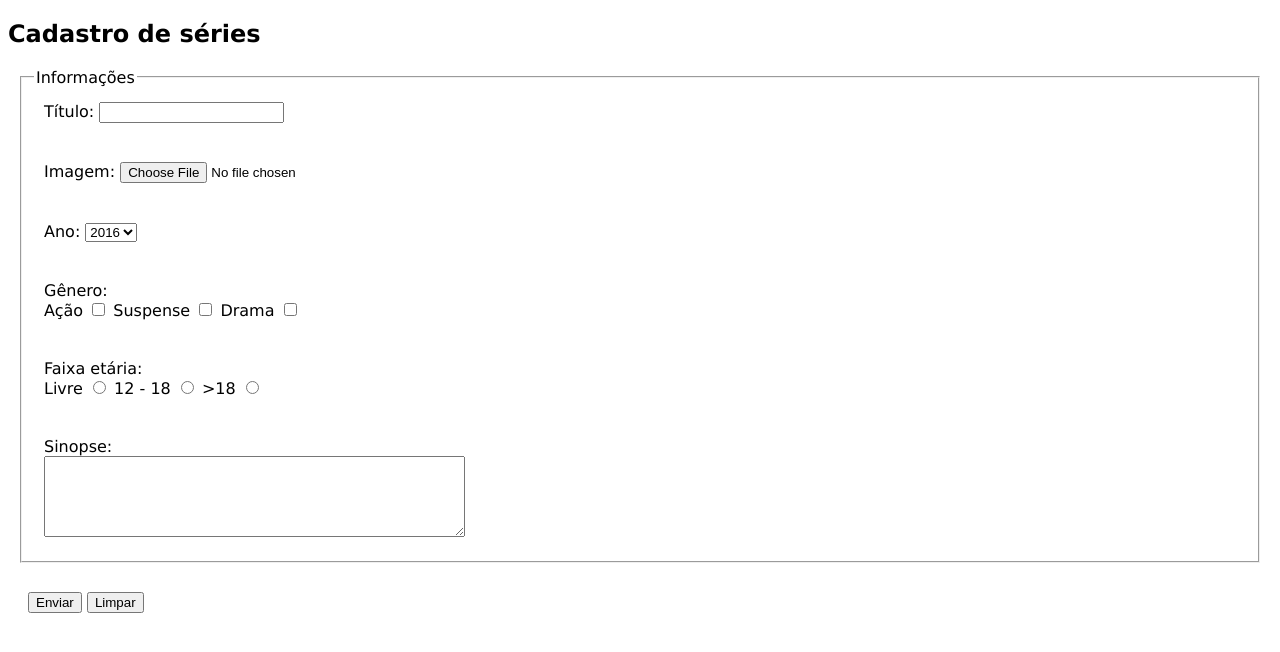
Repository: shamanickCoder/FIAP
Page: Desenvolvimentos de Sistemas Web/1 semestre/Javascript/CSS-AULAS/09-CSS/WebContent/cadastro.html
These files come from the project's save history. The page is drawn as it stood at one moment and after the next save; the edit follows.
The browser window is 1280 px wide. The pictures show the whole page.

Above is the page before, as saved 2016-03-30 11:45:44.

### Desenvolvimentos de Sistemas Web/1 semestre/Javascript/CSS-AULAS/09-CSS/WebContent/cadastro.html
<!DOCTYPE html>
<html>
<head>
<meta charset="UTF-8">
<link href = "estilo.css" type = "text/css" rel = "stylesheet">
<title>Cadastro de séries</title>
</head>
<body>
<h2>Cadastro de séries</h2>
<div class = "campo">
<form action = "cadastro" method = "post">
 <fieldset>
  <legend>Informações</legend>
  <div class = "campo">
   <label for = "titulo">Título:</label>
   <input type = "text" name = "titulo" id = "titulo">
  </div>
  <br>
  <div class = "campo">
   <label for = "imagem">Imagem:</label>
   <input type = "file" value = "Procurar" name = "imagem" id = "imagem">
  </div>
  <br>
  <div class = "campo">
   <label for = "ano">Ano:</label>
   <select name = "ano" id = "ano">
    <option>2016</option>
    <option>2015</option>
    <option>2014</option>
    <option>2013</option>
    <option>2012</option>
   </select>
  </div>
  <br>
  <div class = "campo">
   Gênero:
   <br>
   <label for = "acao">Ação</label> <input type = "checkbox" name = "acao" id = "acao">
   <label for = "suspense">Suspense</label> <input type = "checkbox" name = "suspense" id = "suspense">
   <label for = "drama">Drama</label> <input type = "checkbox" name = "drama" id = "drama">
  </div>
  <br>
  <div class = "campo">
   Faixa etária:
   <br>
   <label for = "livre">Livre</label> <input type = "radio" name = "livre" id = "livre">
   <label for = "doze">12 - 18</label> <input type = "radio" name = "1218" id = "doze">
   <label for = "dezoito">>18</label> <input type = "radio" name = "18" id = "dezoito">
  </div>
  <br>
  <div class = "campo">
   <label for = "sinopse">Sinopse:</label>
   <br>
   <textarea rows = "5" cols = "50" id = "sinopse" name = "sinopse"></textarea>
  </div>
 </fieldset>
 <br>
 <div class = "campo">
  <input type = "submit" value = "Enviar">
  <input type = "reset" value = "Limpar">
 </div>
</form>
</div>
</body>
</html>

### Desenvolvimentos de Sistemas Web/1 semestre/Javascript/CSS-AULAS/09-CSS/WebContent/estilo.css
body {
	font-family: Verdana, Sans-serif;
}
.campo {
	margin: 10px;
}

After the next save:
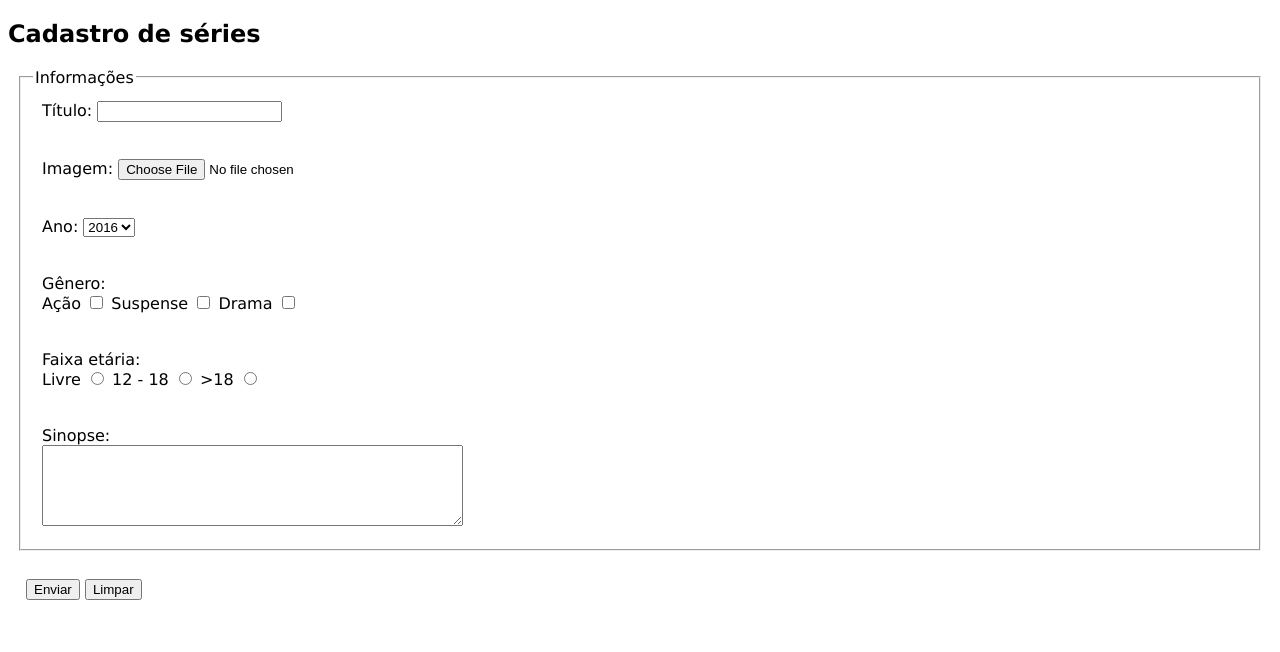
Saved 14 s later.
--- a/Desenvolvimentos de Sistemas Web/1 semestre/Javascript/CSS-AULAS/09-CSS/WebContent/estilo.css
+++ b/Desenvolvimentos de Sistemas Web/1 semestre/Javascript/CSS-AULAS/09-CSS/WebContent/estilo.css
@@ -2,5 +2,5 @@ body {
 	font-family: Verdana, Sans-serif;
 }
 .campo {
-	margin: 10px;
+	margin: 9px;
 }
